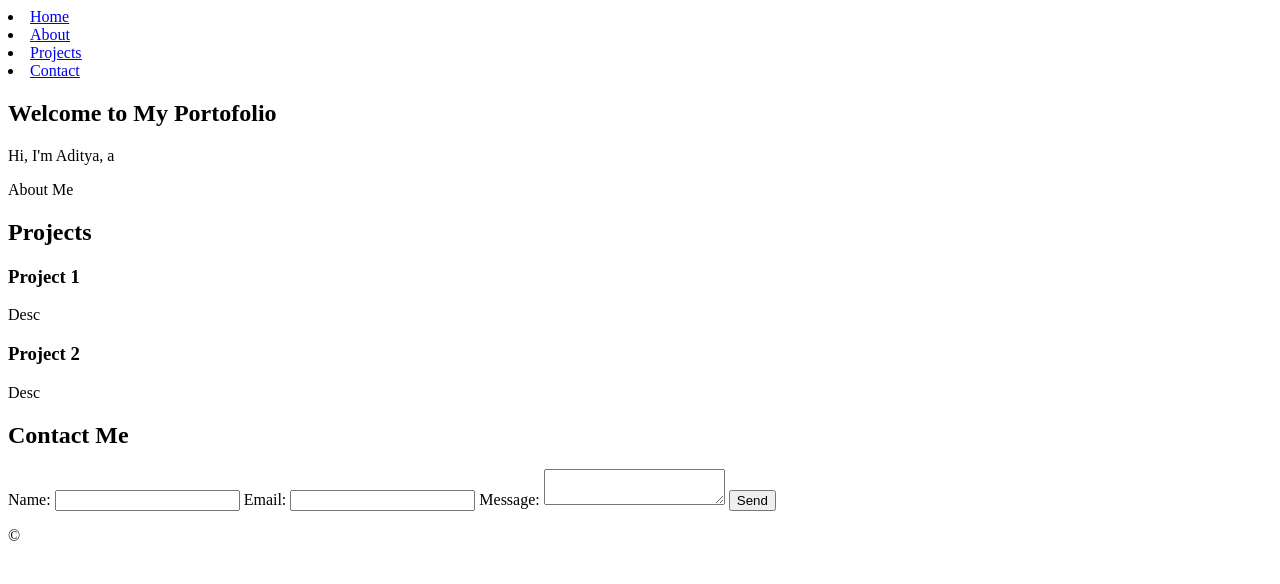
Repository: 4Kbrain/Portofolio
Page: index.html
An editor plug-in stored every save of this project. The page is shown before and after the next save, followed by the edit.
The browser window is 1280 px wide. The pictures show the whole page.

Above is the page before, as saved 2024-05-15 07:32:49.

### index.html
<!DOCTYPE html>
<html lang="en">
<head>
    <meta charset="UTF-8">
    <meta name="viewport" content="width=device-width, initial-scale=1.0">
    <title>My Portofolio</title>
</head>
<body>
    <header>
        <nav>
            <u>
                <li><a href="#home">Home</a></li>
                <li><a href="#about">About</a></li>
                <li><a href="#projects">Projects</a></li>
                <li><a href="#contact">Contact</a></li>
            </u>
        </nav>
    </header>

<section id="home">
    <h1>Welcome to My Portofolio</h1>
    <p>Hi, I'm Aditya, a </p>
</section>

<section id="about">
    <p>About Me</p>
    <p></p>
</section>

<section id="projects">
    <h2>Projects</h2>
    <div class="project">
        <h3>Project 1</h3>
        <p>Desc</p>
    </div>
    <div class="project">
        <h3>Project 2</h3>
        <p>Desc</p>
    </div>
</section>

<section id="contact">
    <h2>Contact Me</h2>
    <form action="" id="contact-form">
        <label for="name">Name:</label>
            <input type="text" id="name" name="name" required>

            <label for="email">Email:</label>
            <input type="email" id="email" name="email" required>

            <label for="message">Message:</label>
            <textarea id="message" name="message" required></textarea>

            <button type="submit">Send</button>
    </form>
</section>

<footer>
    <p>&copy;</p>
</footer>
</body>
</html>

After the next save:
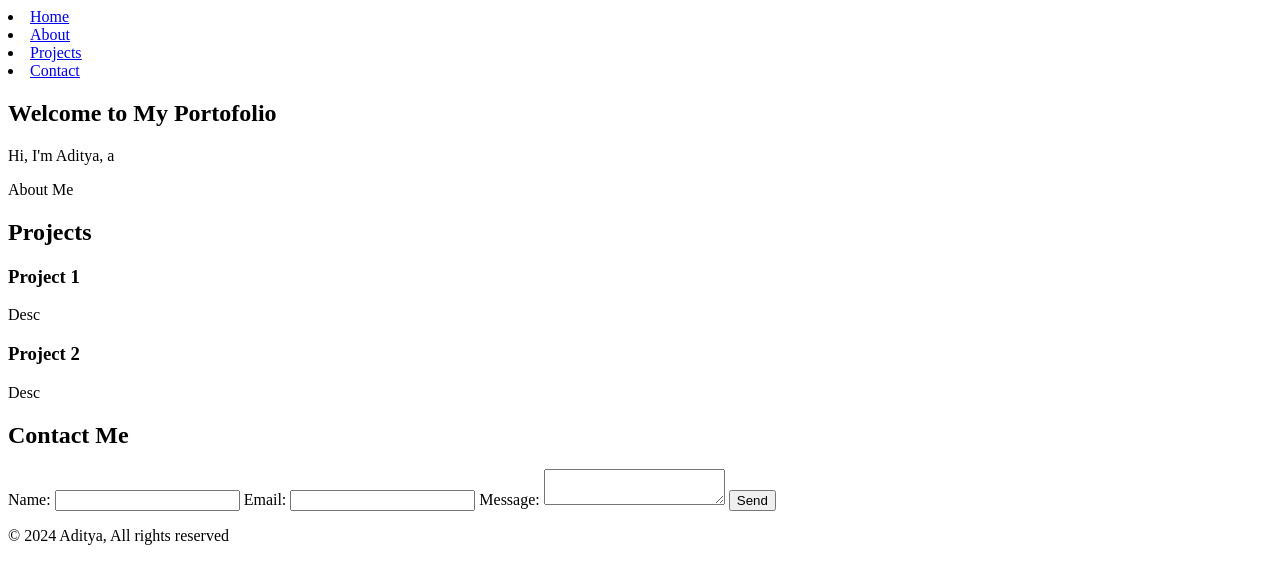
Saved 13 s later.
--- a/index.html
+++ b/index.html
@@ -56,7 +56,7 @@
 </section>
 
 <footer>
-    <p>&copy;</p>
+    <p>&copy; 2024 Aditya, All rights reserved</p>
 </footer>
 </body>
 </html>
